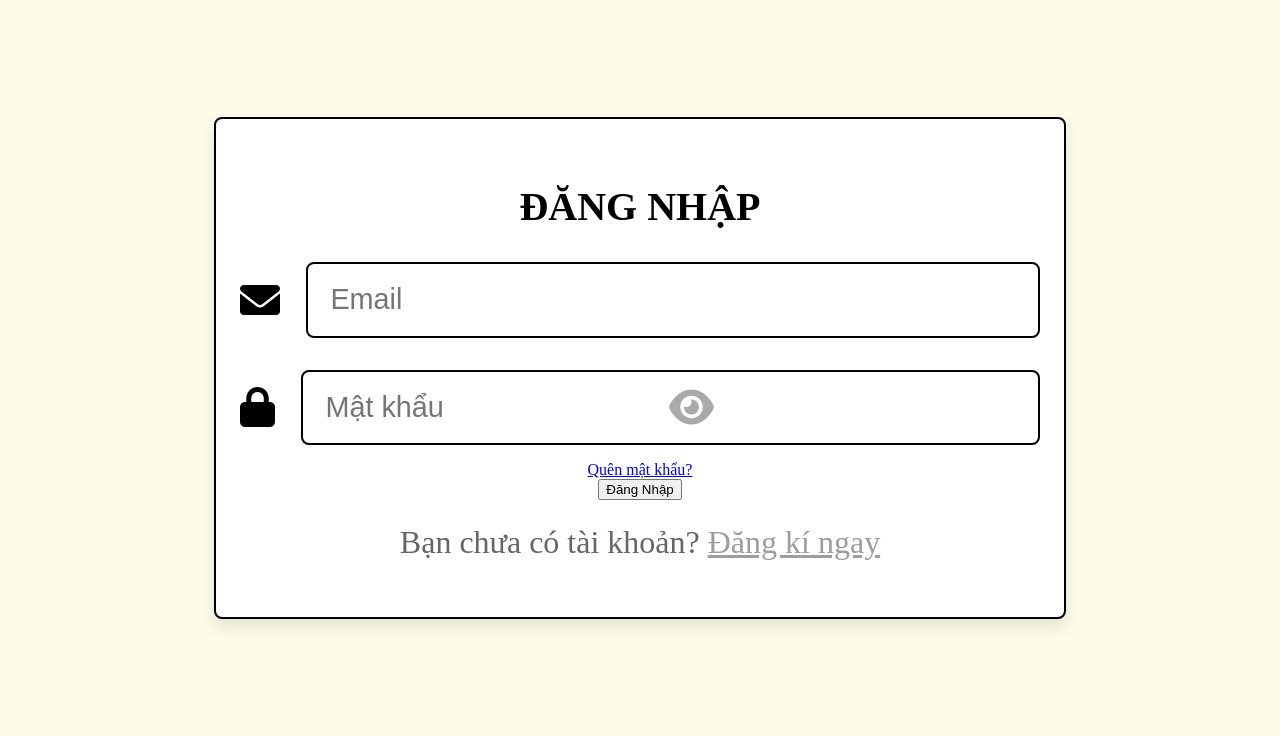
Repository: Dien973/expense_manager
Page: http://localhost/expense_manager/account/login.php
These files come from the project's save history. The page is drawn as it stood at one moment and after the next save; the edit follows.
The browser window is 1280 px wide. The pictures show the whole page.
The page is run by PHP 8.4 with error messages shown; the project is at /var/www/html/.

Above is the page before, as saved 2025-12-05 17:04:02.

### account/login.php
<?php

@include '../config.php';
session_start();

if(isset($_POST['submit'])){

   $filter_email = filter_var($_POST['email'], FILTER_SANITIZE_STRING);
   $email = mysqli_real_escape_string($conn, $filter_email);
   $filter_pass = filter_var($_POST['pass'], FILTER_SANITIZE_STRING);
   $pass = mysqli_real_escape_string($conn, $filter_pass);

   $select_users = mysqli_query($conn, "SELECT * FROM `users` WHERE uemail = '$email' AND upwd = '$pass'") or die('Thất bại');


   if(mysqli_num_rows($select_users) > 0){

      $row = mysqli_fetch_assoc($select_users);

      if($row['urole'] == 'admin'){

         $_SESSION['admin_name'] = $row['uname'];
         $_SESSION['admin_email'] = $row['uemail'];
         $_SESSION['admin_id'] = $row['uid'];
         header('location:ad_home.php');

      }elseif($row['urole'] == 'user'){

         $_SESSION['user_name'] = $row['uname'];
         $_SESSION['user_email'] = $row['uemail'];
         $_SESSION['user_id'] = $row['uid'];
         header('location:home.php');

      }else{
         $message[] = 'Không tìm thấy người dùng!';
      }

   }else{
      $message[] = 'Sai email hoặc mật khẩu!';
   }

}

?>

<!DOCTYPE html>
<html lang="en">
<head>
   <meta charset="UTF-8">
   <meta http-equiv="X-UA-Compatible" content="IE=edge">
   <meta name="viewport" content="width=device-width, initial-scale=1.0">
   <title>Đăng nhập</title>

   <!-- font awesome cdn link  -->
   <link rel="stylesheet" href="https://cdnjs.cloudflare.com/ajax/libs/font-awesome/6.0.0/css/all.min.css">

   <!-- custom css file link  -->
   <link rel="stylesheet" href="../css/main.css">

</head>
<body>

<?php
if(isset($_SESSION['success'])){
    echo '
    <div class="message-overlay">
        <div class="message-box">
            <span>'.$_SESSION['success'].'</span>
            <i class="fas fa-times" onclick="this.parentElement.parentElement.remove();"></i>
        </div>
    </div>
    ';
    unset($_SESSION['success']);
}

?>

<section class="form-container">

   <form action="" method="post">
      <h3>Đăng Nhập</h3>

      <div class="input-boxes">
         <div class="inpt">
            <i class="fas fa-envelope"></i>
            <input type="email" name="email" class="box" placeholder="Email" required>
         </div>
         <div class="inpt">
            <i class="fas fa-lock"></i>
            <input type="password" name="pass" class="box pwd" placeholder="Mật khẩu" required>
            <i class="fa-solid fa-eye eye toggle-eye"></i>
         </div>
         <!--div>
            <input id="remember-login" type="checkbox" name="remember">
            <label for="remember-login">Ghi nhớ đăng nhập</label>
         </div-->
         <div class="forgot-password" class="text"><a href="forgot_pwd.php">Quên mật khẩu?</a></div>
         <input type="submit" class="btn" name="submit" value="Đăng Nhập">
         <p>Bạn chưa có tài khoản? <a href="signup.php">Đăng kí ngay</a></p>
      </div>
   </form>
</section>

   <script src="../js/show_pwd.js"></script>
</body>
</html>

### config.php
<?php
// Kết nối đến cơ sở dữ liệu MySQL
$servername = "localhost";
$username = "root";
$password = "";
$dbname = "qly_chi_tieu";

// Tạo kết nối
$conn = mysqli_connect($servername, $username, $password, $dbname);

// Kiểm tra kết nối
if (!$conn) {
    die("Connection failed: " . mysqli_connect_error());
}
?>

### css/main.css
body {
  background-color: rgb(253, 252, 234);
}
/*----------FORM ĐĂNG NHẬP------------*/
.form-container {
  display: flex;
  align-items: center;
  justify-content: center;
  min-height: 100vh;
}

.form-container form {
  padding: 1.5rem;
  border-radius: 0.5rem;
  border: #000 solid 2px;
  background-color: #ffffff;
  box-shadow: 0 0.5rem 1rem rgba(0, 0, 0, 0.1);
  width: 50rem;
  text-align: center;
}

.form-container form h3 {
  font-size: 2.5rem;
  text-transform: uppercase;
  color: #000;
  margin-bottom: 1rem;
}

.form-container form .inpt {
  display: flex;
  align-items: center; /* Căn chỉnh theo chiều dọc */
  gap: 10px; /* Tạo khoảng cách giữa icon và input */
}
.form-container form .box {
  width: 100%;
  padding: 1.2rem 1.4rem;
  font-size: 1.8rem;
  color: #000;
  border: #000 solid 2px;
  background-color: #fff;
  margin: 1rem 0;
  border-radius: 0.5rem;
  position: relative;
}

.form-container form .eye {
  position: absolute;
  right: 550px;
  cursor: pointer;
  /* Tùy chọn: đổi màu cho dễ nhìn */
  color: #aaa;
}

.form-container form i {
  color: #000;
  font-size: 2.5rem;
  margin-right: 1rem;
}

.form-container form p {
  margin-top: 1.5rem;
  font-size: 2rem;
  color: #666;
}

.form-container form p a {
  color: #9e9d9d;
}

.form-container form p a:hover {
  text-decoration: underline;
}

/* Lớp che nền */
.message-overlay {
  position: fixed;
  top: 0;
  left: 0;
  width: 100%;
  height: 100%;
  background: rgba(0, 0, 0, 0.5);
  display: flex;
  justify-content: center;
  align-items: center;
  z-index: 20000;
}

/* Hộp thông báo */
.message-box {
  background: #fff;
  padding: 2rem 3rem;
  border-radius: 10px;
  text-align: center;
  min-width: 350px;
  max-width: 80%;
  box-shadow: 0 10px 25px rgba(0, 0, 0, 0.3);
  position: relative;
  animation: popupShow 0.25s ease-out;
}

/* Nội dung */
.message-box span {
  font-size: 2rem;
  color: #000;
}

/* Icon đóng */
.message-box i {
  position: absolute;
  top: 10px;
  right: 12px;
  font-size: 2.2rem;
  color: #c0392b;
  cursor: pointer;
  transition: 0.2s;
}

.message-box i:hover {
  transform: rotate(90deg);
}

/* Animation hiển thị */
@keyframes popupShow {
  from {
    opacity: 0;
    transform: scale(0.8);
  }
  to {
    opacity: 1;
    transform: scale(1);
  }
}

### js/show_pwd.js
const eyes = document.querySelectorAll(".eye");
const pwds = document.querySelectorAll(".pwd");

eyes.forEach((eye, index) => {
  eye.onclick = () => {
    if (pwds[index].type === "password") {
      pwds[index].type = "text";
      eye.classList.remove("fa-eye");
      eye.classList.add("fa-eye-slash");
    } else {
      pwds[index].type = "password";
      eye.classList.remove("fa-eye-slash");
      eye.classList.add("fa-eye");
    }
  };
});

After the next save:
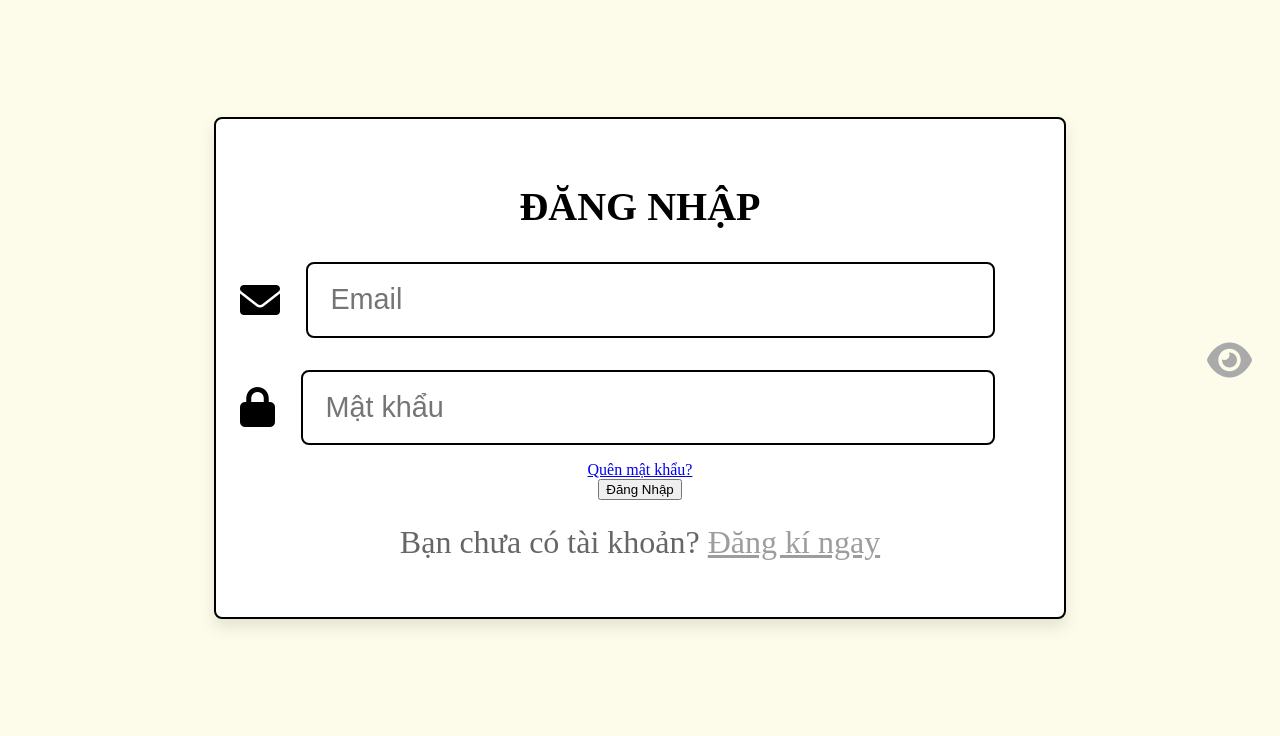
Saved 110 s later.
--- a/css/main.css
+++ b/css/main.css
@@ -30,6 +30,7 @@ body {
   display: flex;
   align-items: center; /* Căn chỉnh theo chiều dọc */
   gap: 10px; /* Tạo khoảng cách giữa icon và input */
+  padding-right: 45px;
 }
 .form-container form .box {
   width: 100%;
@@ -43,12 +44,14 @@ body {
   position: relative;
 }
 
-.form-container form .eye {
+.form-container form .toggle-eye {
   position: absolute;
-  right: 550px;
   cursor: pointer;
   /* Tùy chọn: đổi màu cho dễ nhìn */
   color: #aaa;
+  right: 12px;
+  top: 50%;
+  transform: translateY(-50%);
 }
 
 .form-container form i {
